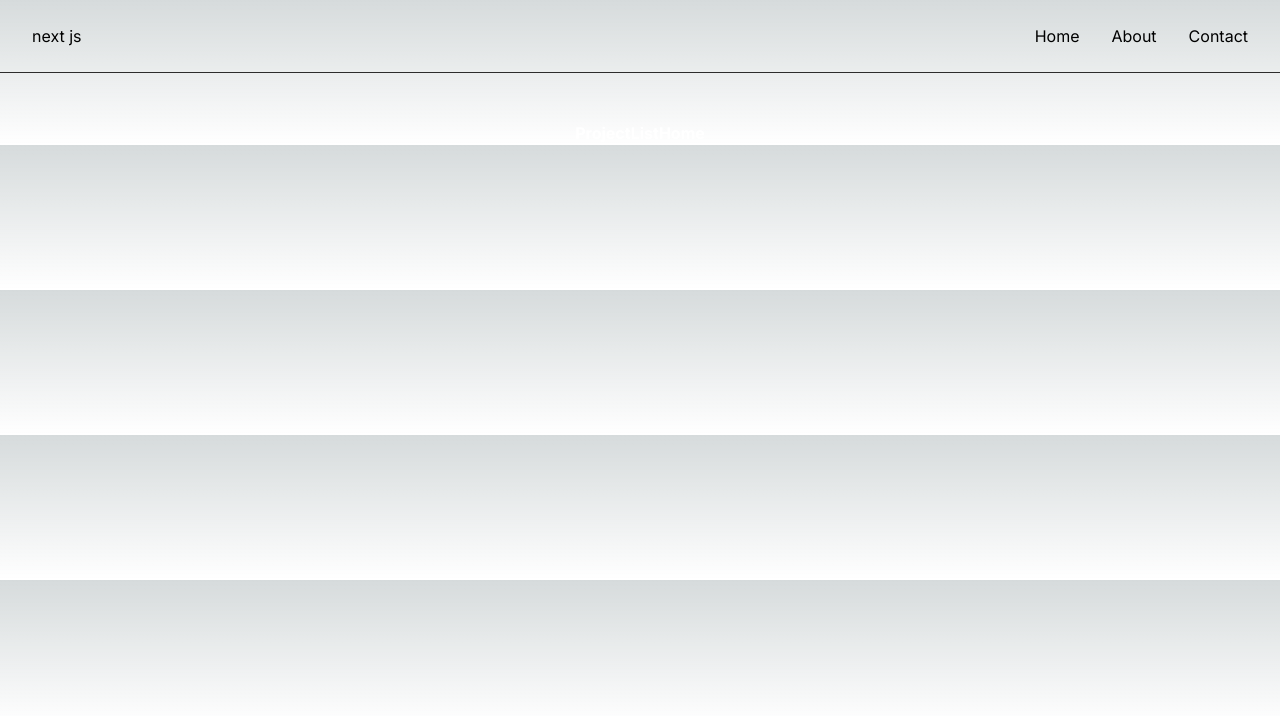
Repository: VilokMasuti/Nextjs-practice
Page: /
These files come from the project's save history. The page is drawn as it stood at one moment and after the next save; the edit follows.
The browser window is 1280 px wide. The pictures show the whole page.
The project was rebuilt for these pictures with package versions that can differ from the ones it lists, and the page was loaded fresh each time. The framework's server and built-in components were replaced by stand-ins that run in the browser. Also part of the build but not shown: next.config.mjs.

Above is the page before, as saved 2024-03-02 12:43:21.

After the next save:
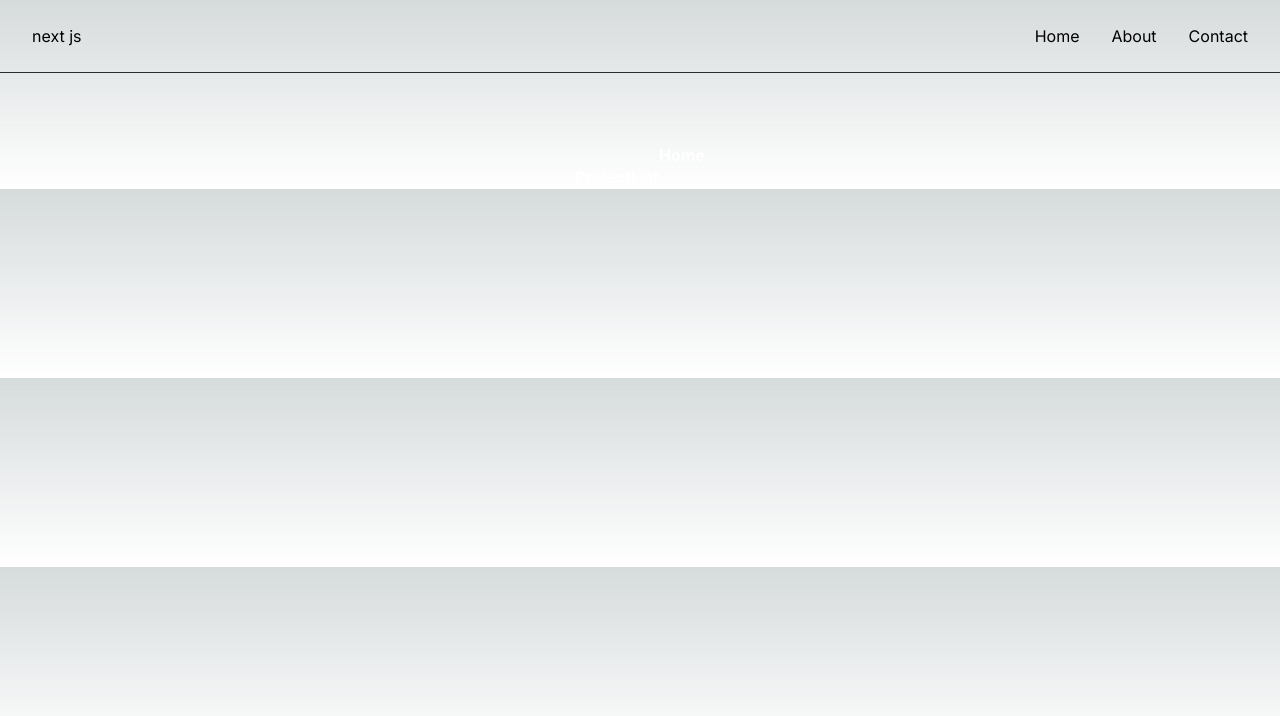
Saved 10 s later.
--- a/app/page.tsx
+++ b/app/page.tsx
@@ -3,7 +3,7 @@ import Link from "next/link";
 export default function About() {
   return (
     <h1 className=" flex items-center  mt-12 justify-center text-white font-bold">
-      <Link href="/ProjectList" className="  text-white top-36">
+      <Link href="/ProjectList" className="  text-white  mt-11">
         ProjectList
       </Link>
       Home
